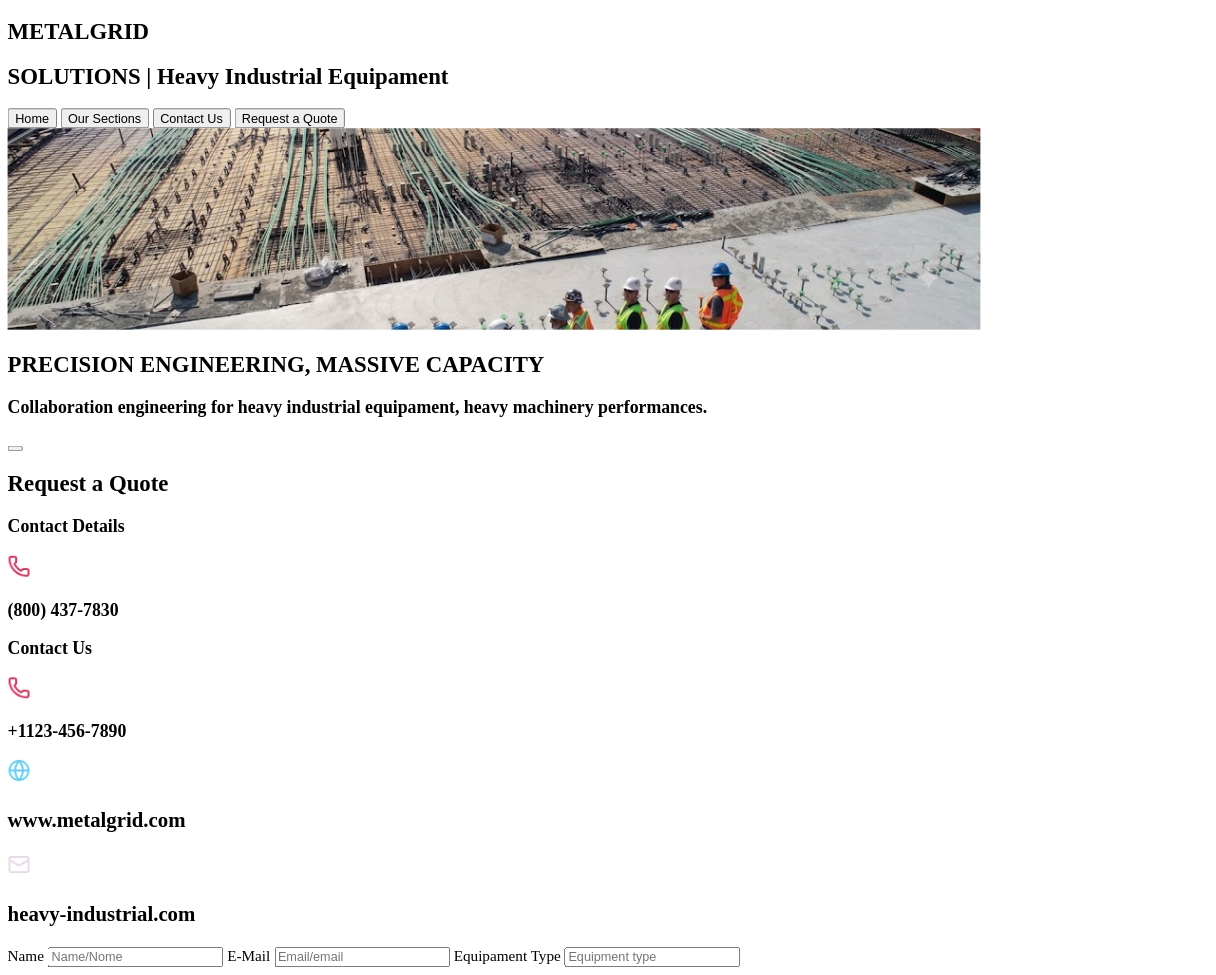
Repository: MiguelSebastiana/AtividadesFrontEnd
Page: aulaDia12Junho/index.html
An editor plug-in stored every save of this project. The page is shown before and after the next save, followed by the edit.
The browser window is 1280 px wide. The pictures show the whole page, at 95% of full size.

Above is the page before, as saved 2026-06-12 19:37:22.

### aulaDia12Junho/index.html
<!DOCTYPE html>
<html lang="pt-br">
<head>
    <meta charset="UTF-8">
    <meta name="viewport" content="width=device-width, initial-scale=1.0">
    <title>Document</title>
    <link rel="stylesheet" href="style.css">
</head>
<body>

    <header>

        <nav class="topBar">
            <h1 class="titleNav">METALGRID</h1>
            <h2 class="subTitNav">SOLUTIONS | Heavy Industrial Equipament</h2>
            <div class="buttonsNav">
                <button class="button">Home</button>
                <button class="button">Our Sections</button>
                <button class="button">Contact Us</button>
                <button class="buttonColorido">Request a Quote</button>
            </div>
        </nav>

    </header>

    <main>

        <div>
            <img class="imagemFundo" src="adwadawdadawda.jpg" alt="Imagem de fundo">
        </div>

        <section class="quadroImagemFundo">

            <h1 class="titleQuadroImagemFundo">PRECISION ENGINEERING, MASSIVE CAPACITY</h1>
            <h3 class="textoQuadroImagemFundo">Collaboration engineering for heavy industrial equipament,
                heavy machinery performances.
            </h3>
            <button class="buttonQuadroImagemFundo"></button>

        </section>

        <article class="quadroMeio">

            <div class="esquerdaQuadroMeio">

                <h2>Request a Quote</h2>

                <div class="linha"></div>

                <h3 class="contactEmail">Contact Details</h3>

                <div class="iconeTexto">
                    <img class="telefone" src="phone (2).png" alt="Telefone">
                    <h3 class="numero">(800) 437-7830</h3>
                </div>

                <h3 class="contactEmail">Contact Us</h3>

                <div class="iconeTexto">
                    <img class="telefone" src="phone (2).png" alt="Telefone">
                    <h3 class="numero">+1123-456-7890</h3>
                </div>

                <h3 class="contactEmail">

                <div class="iconeTexto">
                    <img class="telefone" src="globe.png" alt="Globo">
                    <h3 class="numero">www.metalgrid.com</h3>
                </div>

                <div class="iconeTexto">
                    <img class="telefone" src="mail (1).png" alt="E-mail">
                    <h3 class="numero">heavy-industrial.com</h3>
                </div>

                </h3>
            </div>

            <div class="direitaQuadroMeio">

                <form action="./">
                    <label for="nome">Name</label>
                    <input type="text" id="name" name="nome" placeholder="Name/Nome">

                    <label for="email">E-Mail</label>
                    <input type="email" id="email" name="email" placeholder="Email/email">

                    <label for="equipmentType">Equipament Type</label>
                    <input type="select" id="email" name="email" placeholder="Equipment type">
                </form>


            </div>


        </article>
    </main>

</body>
</html>

Loaded but not shown: aulaDia12Junho/style.css (no copy from this time; the picture is the same without it)

After the next save:
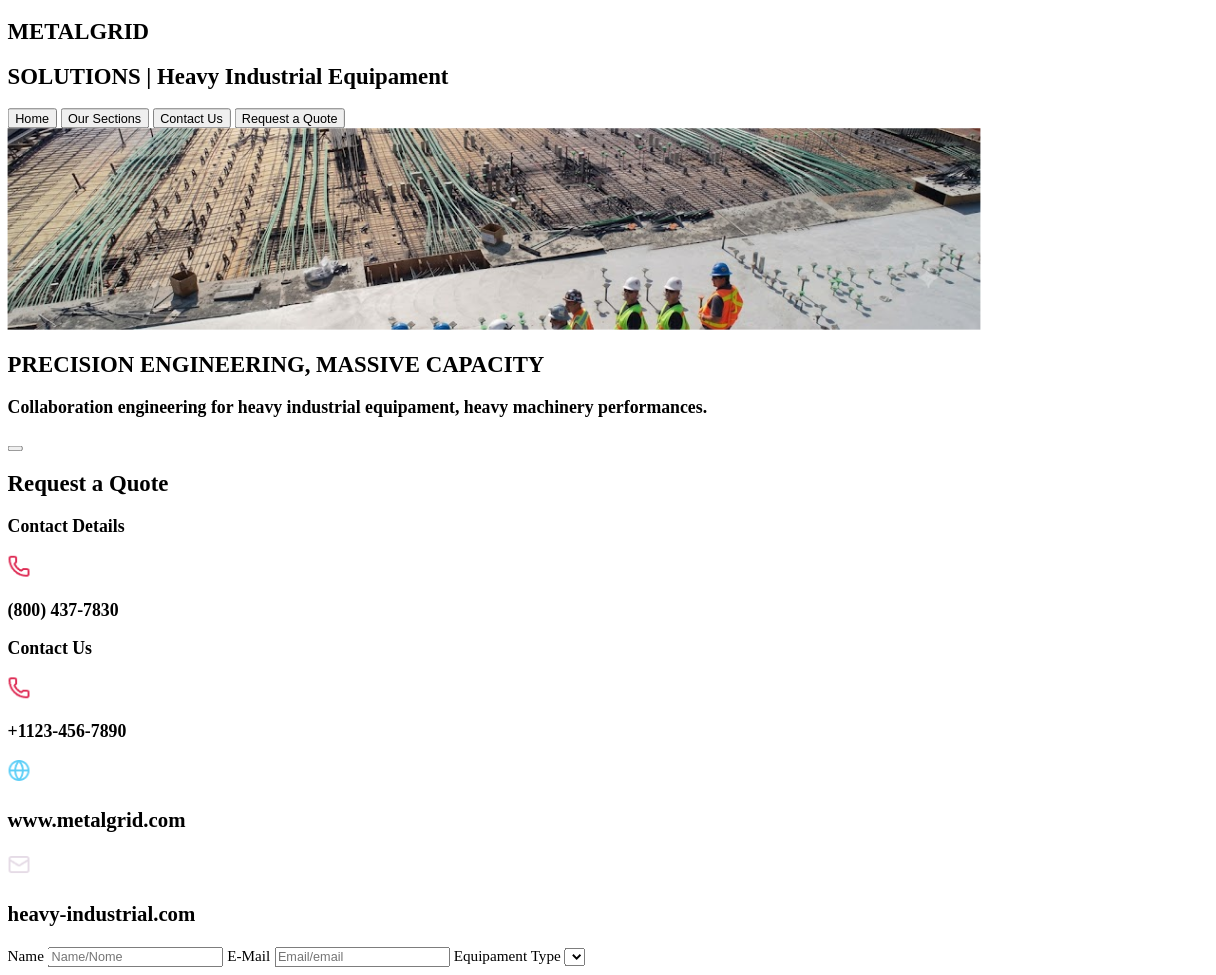
Saved 98 s later.
--- a/aulaDia12Junho/index.html
+++ b/aulaDia12Junho/index.html
@@ -86,7 +86,7 @@
                     <input type="email" id="email" name="email" placeholder="Email/email">
 
                     <label for="equipmentType">Equipament Type</label>
-                    <input type="select" id="email" name="email" placeholder="Equipment type">
+                    <select type="select" id="email" name="email" placeholder="Equipment type">
                 </form>
 
 
